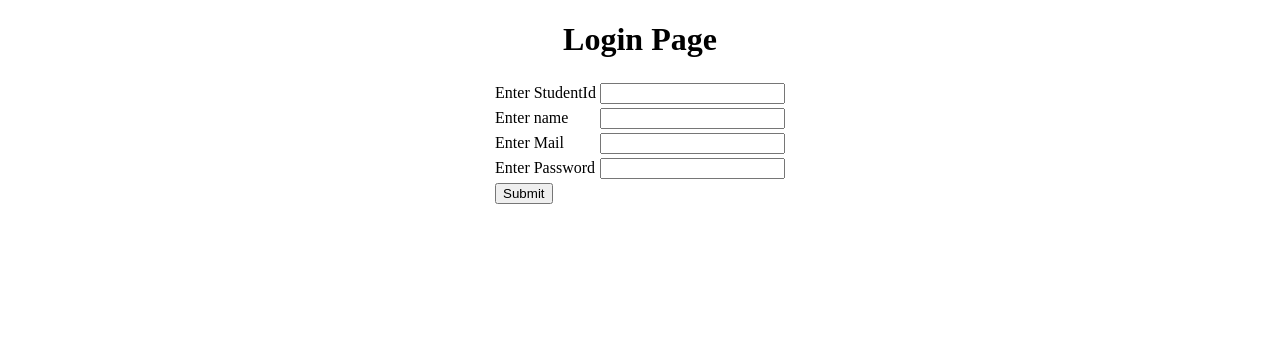
Repository: MaheshAwaji/JavaProjects
Page: servelet1/src/main/webapp/hello.html
The author's editor kept a copy of each file at every save. The page is drawn from the files as they stood at one save, then again after the next save.
The browser window is 1280 px wide. The pictures show the whole page.

Above is the page before, as saved 2024-07-02 07:37:11.

After the next save:
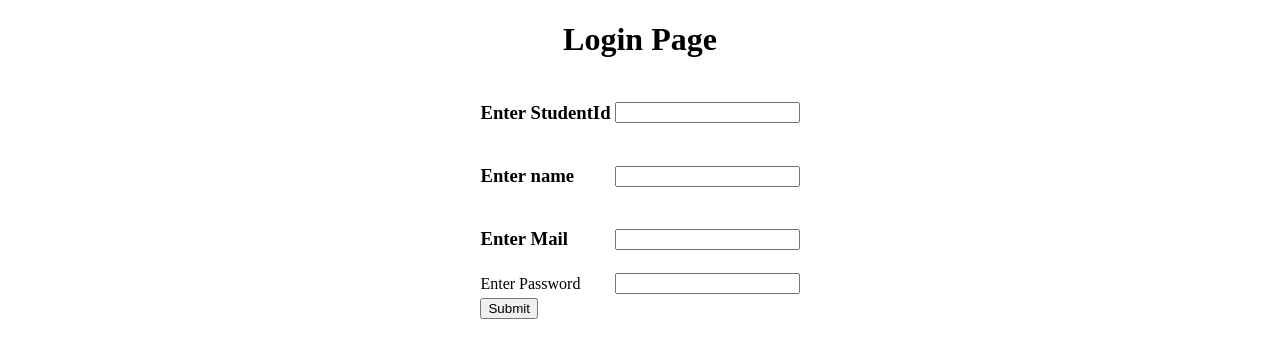
Saved 4 min 49 s later.
--- a/servelet1/src/main/webapp/hello.html
+++ b/servelet1/src/main/webapp/hello.html
@@ -10,15 +10,15 @@
 		<form action="login" method="post">
 			<table>
 			<tr>
-			<td><label>Enter StudentId</label> </td>
+			<td><label> <h3>Enter StudentId</h3> </label> </td>
 			<td><input type="text" name="id"> </td>
 			</tr>
 			<tr>
-			<td><label>Enter name</label> </td>
+			<td><label><h3>Enter name</h3></label> </td>
 			<td><input type="text" name="name"> </td>
 			</tr>
 			<tr>
-			<td><label>Enter Mail</label> </td>
+			<td><label><h3>Enter Mail</h3></label> </td>
 			<td><input type="text" name="mail"> </td>
 			</tr>
 			<tr>
